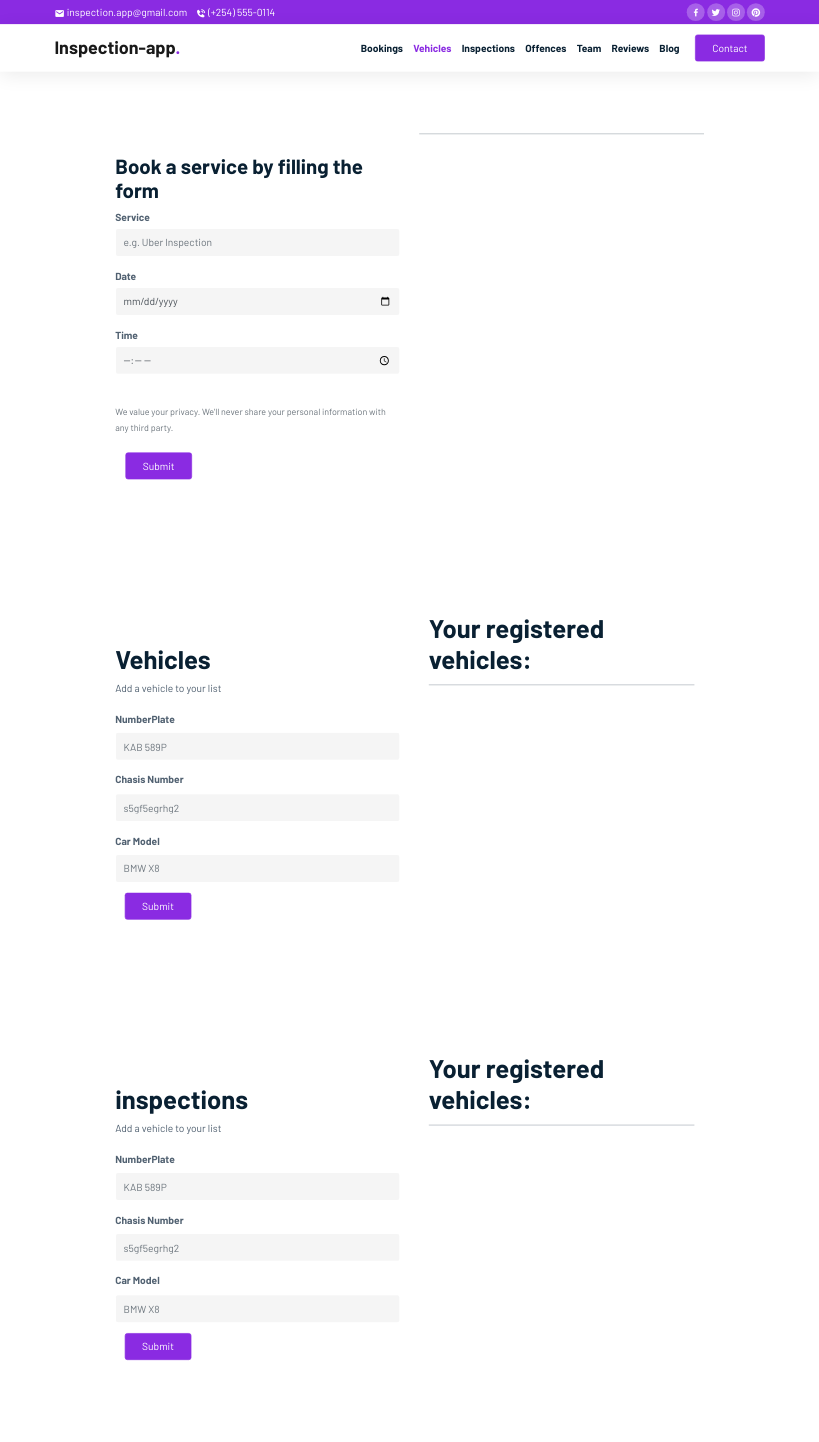
Repository: Jaynie8085/INSPECTION-APP
Page: client/dashboard.html
These files come from the project's save history. The page is drawn as it stood at one moment and after the next save; the edit follows.
The browser window is 1280 px wide. The pictures show the whole page, at 64% of full size.
The page's requests for data from a server got no answer. Some web libraries are served in a nearby version.

Above is the page before, as saved 2022-10-16 18:29:05.
Console error: ReferenceError: bookings is not defined

After the next save:
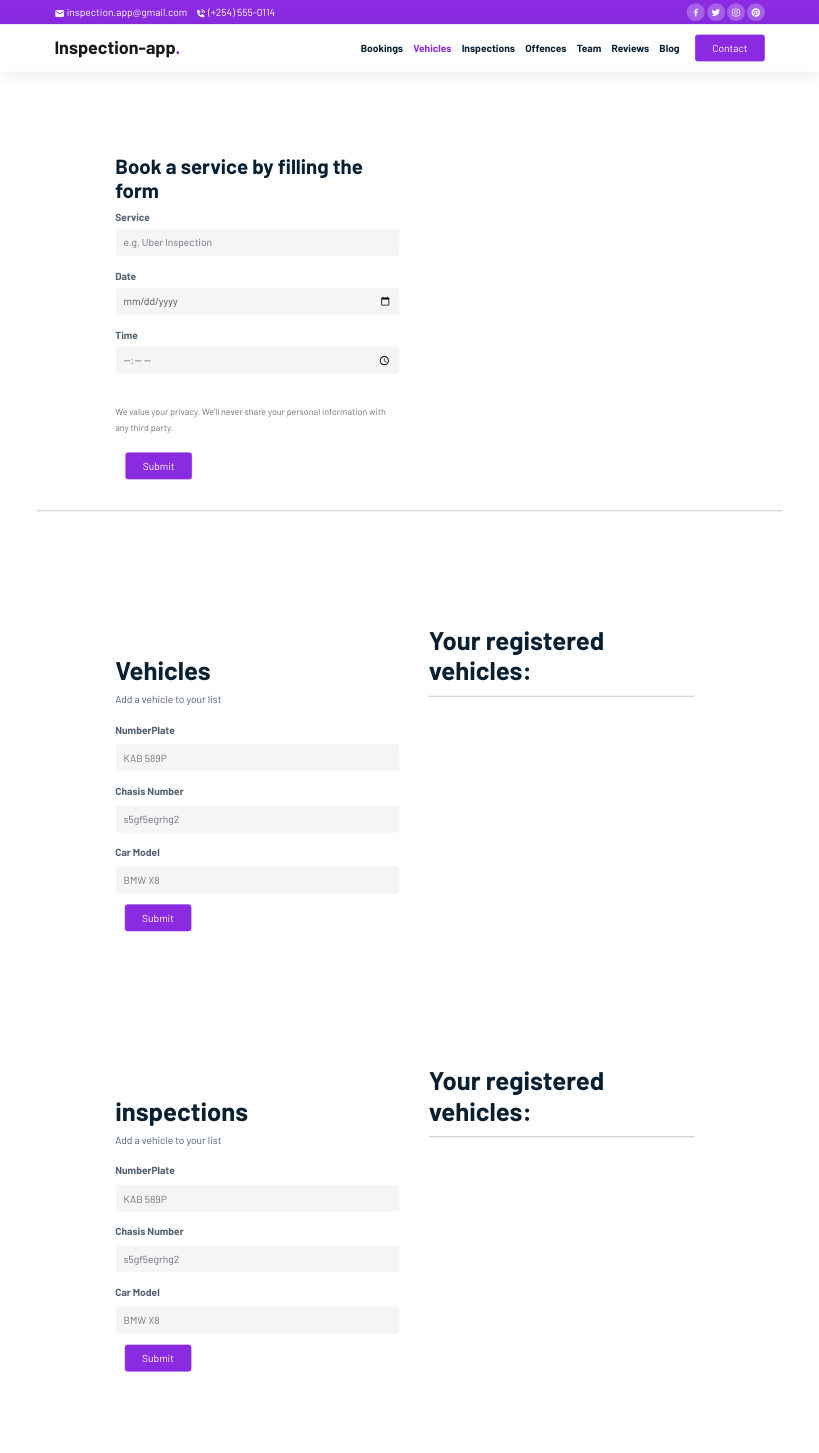
Saved 6 s later.
--- a/client/dashboard.html
+++ b/client/dashboard.html
@@ -98,7 +98,7 @@
 
                 </div>
                 <div id="data-table" class="col-lg-5">
-                <div >
+
                             <ul id="bookings-list">
                             </ul>
                         </div>
